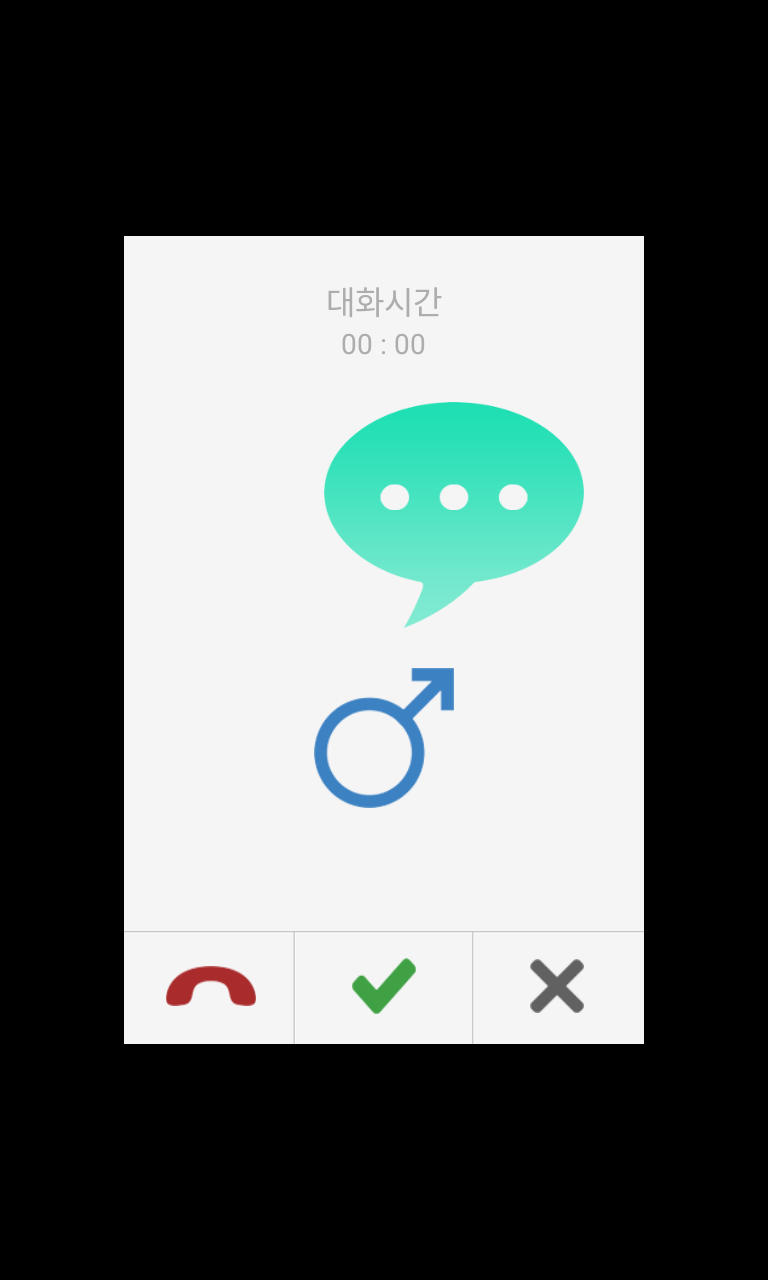
Repository: blacky512/smart_morning_call
Layout: client/SmartMorningCall/res/layout/voicechatting_frag.xml
These files come from the project's save history. The layout is drawn as it stood at one moment and after the next save; the edit follows.
It is drawn on a 768 x 1280 px phone screen (xhdpi) without system bars, with theme android:Theme.NoTitleBar; the app's code is not run.

Above is the layout before, as saved 2013-02-24 12:11:38.

After the next save:
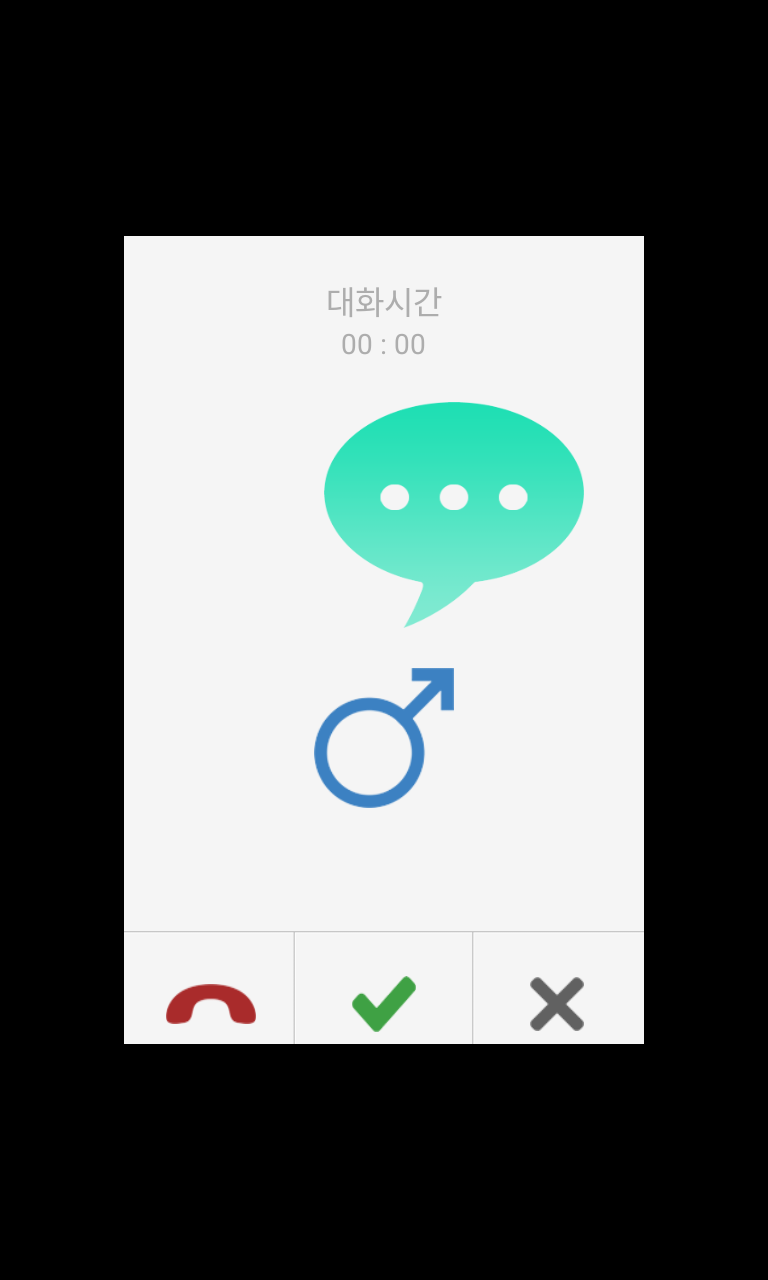
Saved 12 s later.
--- a/client/SmartMorningCall/res/layout/voicechatting_frag.xml
+++ b/client/SmartMorningCall/res/layout/voicechatting_frag.xml
@@ -98,7 +98,7 @@
         <RelativeLayout
             android:id="@+id/RelativeLayout1"
             android:layout_width="match_parent"
-            android:layout_height="match_parent"
+            android:layout_height="100dp"
             android:gravity="center_horizontal"
             android:padding="0dp" >
 
